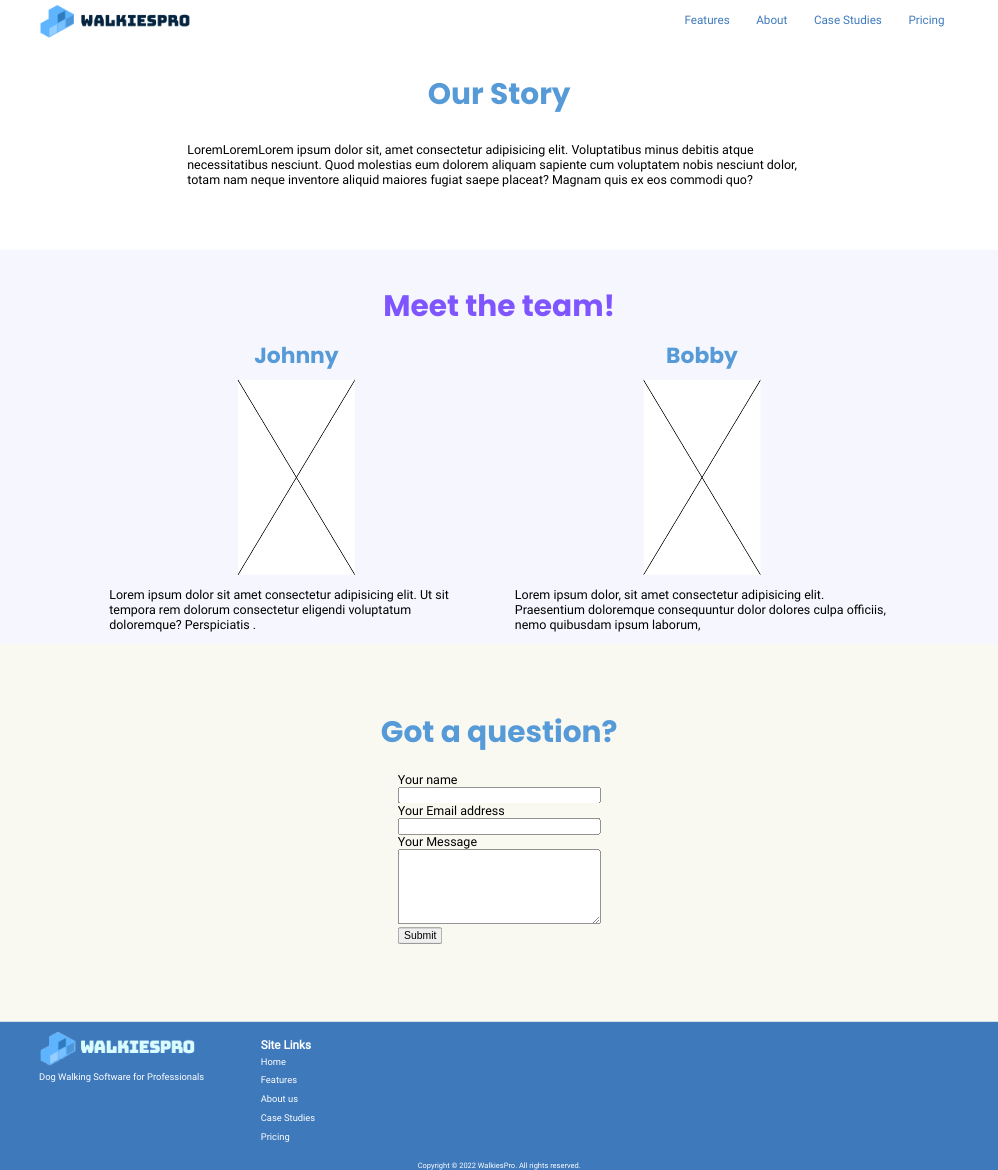
Repository: StevieC87/LAYOUT4
Page: about-us.html
These files come from the project's save history. The page is drawn as it stood at one moment and after the next save; the edit follows.
The browser window is 1280 px wide. The pictures show the whole page, at 78% of full size.

Above is the page before, as saved 2022-01-02 16:42:01.

### about-us.html
<!DOCTYPE html>
<html lang="en">
  <head>
    <meta charset="UTF-8" />
    <meta http-equiv="X-UA-Compatible" content="IE=edge" />
    <meta name="viewport" content="width=device-width, initial-scale=1.0" />
    <title>WalkiesPro Dog Walking Software</title>
    <link rel="stylesheet" href="css/styles.css" />
    <link rel="stylesheet" href="css/aboutus.css" />
    <link rel="stylesheet" href="css/footer.css" />
    <link rel="stylesheet" href="css/navbar.css" />
    <link rel="stylesheet" href="css/fonts.css" />
    <link rel="stylesheet" href="css/utilities.css" />
    <link rel="stylesheet" href="css/mediaqueries.css" />
    <!-- THIS js file - deferred so loads at the end -->
    <script type="text/javascript" src="js/scripts.js" defer></script>

    <style></style>
  </head>
  <body>


    <div class="containernew">
      <div class="navwrapper">
        <!------------------ NAVBAR --------------------->
        <nav id="navbar" class="paddingspecial">
          <!--  <div class="paddingspecial"> -->
          <div id="logo" class="logodiv">
            <a href="index.html"><img src="images/logo.png" alt="logo" /></a>
          </div>
          <div id="hamburger-menu" class="hamburger-menu">
            <div class="line line-1"></div>
            <div class="line line-2"></div>
            <div class="line line-3"></div>
          </div>
          <div class="navlist">
            <ul tabindex="-1">
              <li><a class="current" href="features.html">Features</a></li>
              <li><a href="about-us.html">About</a></li>
              <li><a href="case-studies.html">Case Studies</a></li>
              <li><a href="pricing.html">Pricing</a></li>
            </ul>
          </div>
          <!-- </div> -->
        </nav>
      </div>
      <!------------------ OUR STORY --------------------->
      <section class="ourstorywrapper">

          <div class="ourstoryh1">
            <h1 class="fronth1" style="display: block">Our Story</h1>
          </div>
          <div class="ourstoryp">
              LoremLoremLorem ipsum dolor sit, amet consectetur adipisicing elit. Voluptatibus minus debitis atque necessitatibus
              nesciunt. Quod molestias eum dolorem aliquam sapiente cum voluptatem nobis nesciunt dolor, totam nam neque
              inventore aliquid maiores fugiat saepe placeat? Magnam quis ex eos commodi quo?
          </div>

      </section>
      <!------------------ MEET THE TEAM --------------------->
      <section class="meettheteamwrapper">
          <div class="meettheteamh1">
              <h1> Meet the team! </h1>
          </div>
          <div class="meetteamprofiles">
            <div class="meettheteamprofile1">
              <h3 class="centertext">Johnny</h3>

                <img src="images/3.png" width="150px" alt="" height="250px"  class="centerimg">

              <p>Lorem ipsum dolor sit amet consectetur adipisicing elit. Ut sit tempora rem dolorum consectetur eligendi voluptatum doloremque? Perspiciatis .</p>
            </div>
            <div class="meettheteamprofile2">
              <h3 class="centertext">Bobby</h3>

                <img class="centerimg" src="images/3.png" width="150px" height="250px" alt="">

              <p>Lorem ipsum dolor, sit amet consectetur adipisicing elit. Praesentium doloremque consequuntur dolor dolores culpa officiis, nemo quibusdam ipsum laborum,</p>
            </div>
        </div>
      </section>
      <!------------------ CONTACT US SECTION --------------------->
     <section class="contactuswrapper">
       <div class="contactusinnerwrapper">
        <h1 class="centertext"> Got a question? </h1>
        <form action="">
          <div class="aboutusformgrid">
              <div class="yournamediv">
                <label for="yourname">Your name</label>
                <input type="text" name="yourname" id="yourname">
              </div>
              <div class="emaildiv">
                <label for="youremail">Your Email address</label>
                <input type="email" name="youremail" id="youremail"></div>
              <div class="textareadiv">
                <label for="yourmsg">Your Message</label>
                <textarea name="yourmsg" id="yourmsg" rows="6"></textarea>
              </div>
              <button >Submit</button>

          </div>
        </form>
       </div>
     </section>
      <!------------------ FOOTER --------------------->
      <footer id="footer">
        <div class="footerwrapper">
          <div class="footergriditem1">
            <img class="bottomlogo" src="images/logoblue.png" alt="logo" />
            <span class="whitetext bottomphrase"
              >Dog Walking Software for Professionals</span
            >
          </div>

          <div class="footergriditem2">
            <div><b class="whitetext footerlinkstitle">Site Links</b></div>
            <ul class="whitetext ulnostyle anostyle" style="font-size: 12px">
              <li><a href="../layout/index.html">Home</a> </li>
              <li><a href="features.html">Features</a> </li>
              <li><a href="about-us.html">About us</a> </li>
              <li><a href="case-studies.html">Case Studies</a></li>
              <li><a href="pricing.html">Pricing</a></li>
            </ul>
          </div>
          <div class="footergriditem3 whitetext smallfont">Copyright © 2022 WalkiesPro. All rights reserved.</div>
        </div>

      </footer>
    </div>
    <!-- end container -->

    <!------------------ SIDE MENU --------------------->
    <div id="menuhidden" class="menuhidden hiddenright">
      <div class="slidemenu">
        <ul tabindex="-1" aria-hidden="true">
          <li><a class="activeSidebarLi" href="index.html">Home</a></li>
          <li><a class="current" href="features.html">Features</a></li>
          <li><a href="about-us.html">About</a></li>
          <li><a href="case-studies.html">Case Studies</a></li>
          <li><a href="pricing.html">Pricing</a></li>
          <!--    <hr /> -->
        </ul>
      </div>
    </div>
  </body>
</html>

### css/styles.css
:root {
  /*  --myblue: #5da3df; */
  --myblue: #3e79bc;
  --myblueh1: #569ad7;
}

html,
body {
  box-sizing: border-box;
  font-size: 16px;
  font-family: Roboto;
  /*  line-height: 1rem; */
  margin: auto;
}
*,
*:before,
*:after {
  box-sizing: inherit;
}

h1,
h2,
h3,
h4,
h5,
h6 {
  font-family: PoppinsBold;
  color: var(--myblueh1);
  /* #5da3df */
  padding: 10px 0 10px 0;
  margin: 0px;
}
h1 {
  font-size: 38px;
  line-height: 2.8rem;
}
h2 {
  font-size: 32px;
}
h3 {
  font-size: 28px;
}
h4 {
  font-size: 26px;
}
h5 {
  font-size: 20px;
}
h6 {
  font-size: 18px;
}

.fronth1 {
  padding-top: 0px;
}

.containernew {
  width: 100%;
}

### css/aboutus.css
/* * * * * * * * * * * * * * * * * * * * * * * * * * * * * * * * * * * * * * * *
ABOUT US
* * * * * * * * * * * * * * * * * * * * * * * * * * * * * * * * * * * * * * * */
.ourstorywrapper {
  width: 100%;
  display: grid;
  padding: 40px 0 80px 0;
}

.ourstoryh1 {
  grid-template-columns: 1fr;
  align-self: center;
  justify-self: center;
  padding-bottom: 30px;
}

.ourstoryp {
  /* max-width: 80%;  */
  max-width: 800px;
  grid-template-columns: 1fr;
  align-self: center;
  justify-self: center;
  font-size: 1rem;
}
.meettheteamwrapper {
  width: 100%;
  display: grid;
  justify-content: center;
  background-color: #f6f7fe;
}
.meettheteamh1 {
  padding-top: 40px;
  text-align: Center;
  /*  color: purple; */
  /*   color: var(--myblue); */
  color: #7f55ff;
  width: 100%;
}
.meettheteamh1 > h1 {
  color: inherit;
}
.meetteamprofiles {
  max-width: 1000px;
  justify-content: center;
  display: grid;
  grid-template-columns: 1fr;
  grid-gap: 40px;
}
.contactuswrapper {
  padding: 80px 0 80px 0;
  background-color: #f9f9f2;
}
.contactusinnerwrapper {
}

.aboutusformgrid {
  max-width: 300px;
  margin: 0 auto;
  padding: 20px;
}
.textareadiv {
}
textarea {
  width: 100%;
  max-width: 300px;
}
input,
label {
  display: block;
  width: 100%;
  max-width: 300px;
}
@media (min-width: 336px) {
  .meetteamprofiles {
    grid-template-columns: 1fr 1fr;
  }
  .meettheteamprofile1 {
    justify-self: center;
    align-self: center;
  }
  .meettheteamprofile2 {
  }
}

### css/footer.css
/* * * * * * * * * * * * * * * * * * * * * * * * * * * * * * * * * * * * * * * *
                    FOOTER
* * * * * * * * * * * * * * * * * * * * * * * * * * * * * * * * * * * * * * * */

footer {
  background-color: var(--myblue);
  width: 100%;
  display: flex;
  justify-content: center;
  padding-top: 10px;
}
/* DEFAULT FOR SMALL SCREEN - MOBILE FIRST */
.footerwrapper {
  /* this is the inner div that serves as a grid with equal columns as container */
  width: 1200px;
  display: grid;
  grid-template-columns: 1fr;
  grid-gap: 0.2rem;
}
/* DEFAULT FOR SMALL SCREEN - MOBILE FIRST */
.footergriditem1 {
  grid-row: 1 / 2;
  /* grid-column: 1 / 2; */
  grid-column: 1 / -1;
}
/* DEFAULT FOR SMALL SCREEN - MOBILE FIRST */
.footergriditem2 {
  /* grid-column: 2 / 3; */
  grid-column: 1 / -1;
  grid-row: 3 / 4;
  padding-left: 10px;
  justify-self: start;
  padding-top: 10px;
  padding-bottom: 10px;

  /*  justify-self: self-end; */
  /* padding: 20px 0 0 40px; */
}
.footergriditem2:first-child {
  margin: 10px 0 10px 0;
}
.footergriditem3 {
  grid-row: 4 / 5;
  grid-column: 1 / -1;
  justify-self: center;
  align-self: center;
}
.bottomlogo {
  padding: 0px 0 0px 10px;
}
.bottomphrase {
  padding-left: 10px;
  display: block;
  text-align: left;
  font-size: 12px;
}
.footerlinkstitle {
  font-size: 15px;
}

@media (min-width: 336px) {
}
@media (min-width: 450px) {
  .footerwrapper {
    grid-template-columns: 226px 200px 1fr 0.2fr 0.2fr 0.2fr;
  }
  .footergriditem1 {
    grid-row: 1 / 2;
    grid-column: 1 / 2;
  }
  .footergriditem2 {
    grid-row: 1 / 2;
    grid-column: 2 / 3;
    padding-left: 0px;
    justify-self: center;
    padding-top: 10px;
    padding-bottom: 10px;
  }
}

### css/navbar.css
/* * * * * * * * * * * * * * * * * * * * * * * * * * * * * * * * * * * * * * * *
                          NAVBAR
* * * * * * * * * * * * * * * * * * * * * * * * * * * * * * * * * * * * * * * */
.navwrapper {
  display: flex;
  justify-content: center;
}
nav {
  background-color: white;
  width: 1200px;
  display: flex;
  justify-content: space-between;
}

.logodiv {
  padding-top: 5px;
  padding-left: 10px;
}
#navbar ul {
  list-style: none;
  margin-right: 15px;
  /*   float: right; */
}

#navbar ul li {
  float: left;
}

#navbar ul li a {
  display: block;
  margin: 0 14px 0 20px;
  /* padding: 0 20px 0 10px; */
  text-align: center;
  text-decoration: none;
  color: var(--myblue);
  /*  color: black; */

  font-size: 15px;
  /*  border-bottom: 1px solid transparent; */

  line-height: 21px;
}
#navbar ul li a:hover {
  /*  text-decoration: underline; */
  /*  border-bottom: 1px solid var(--myblue); */
  color: #9370db;
}

/* * * * * * * * * * * * * * * * * * * * * * * * * * * * * * * * * * * * * * * *
HAMBURGER MENU
* * * * * * * * * * * * * * * * * * * * * * * * * * * * * * * * * * * * * * * */

.hamburger-menu {
  width: 30px;
  height: 30px;
  padding-top: 7px;
  position: absolute;
  top: 7px;
  right: 10px;
  display: flex;
  flex-direction: column;
  justify-content: space-between;
  cursor: pointer;
  z-index: 100;
}

.line {
  width: inherit;
  height: 3px;
  background-color: var(--myblue);
  border-radius: 2px;
  transition-property: transform;
  transition-duration: 500ms;

  /*   transform-origin: right;
  transition: transform 0.5s; */
}

.line.openline:nth-child(1) {
  transform: translate(0px, 10px) rotate(45deg);
  /*  transform-origin: top; */
}
.line.openline:nth-child(2) {
  opacity: 0;
}
.line.openline:nth-child(3) {
  transform: translate(0px, -10px) rotate(-45deg);

  /*   transform-origin: top; */
}

.menuhidden {
  height: 100vh;
  width: 200px;
  background-color: white;
  position: fixed;
  top: 0;
  right: -200px;
  transition: ease 0.2s;
}

.visibleright {
  right: 0px;
  /*   transition: ease 4s; */
}
/* --------- SLIDEMENU ---------- */
.slidemenu ul {
  list-style: none;
  padding-top: 45px;
  padding-left: 0px;
  width: 100%;
  /*   float: right; */
}
.slidemenu ul li {
}
.slidemenu ul li a {
  display: block;
  padding: 10px 5px 10px 5px;
  margin: 0px 5px 0px 5px;
  text-align: center;
  text-decoration: none;
  line-height: 1.5rem;
  color: var(--myblue);
}
.slidemenu ul li a:hover {
  background-color: #fbfbfa;
  border-radius: 15px;
  /* opacity: 0.5; */
}
.activeSidebarLi {
  background-color: #fbfbfa;
  border-radius: 15px;
}
/* END SLIDEMENU */

### css/fonts.css
/* * * * * * * * * * * * * * * * * * * * * * * * * * * * * * * * * * * * * * * *
        FONT FAMILIESS
* * * * * * * * * * * * * * * * * * * * * * * * * * * * * * * * * * * * * * * */
@font-face {
  font-family: 'Bungee';
  src: url('../fonts/Bungee-Regular.ttf');
  src: local('☺'), url('../fonts/Bungee-Regular.ttf') format('truetype');
  font-display: block;
}
@font-face {
  font-family: 'Roboto';
  src: url('../fonts/Roboto-Regular.ttf');
  src: local('☺'), url('../fonts/Roboto-Regular.ttf') format('truetype');
  font-display: block;
}
@font-face {
  font-family: 'Roboto-Bold';
  src: url('../fonts/Roboto-Bold.ttf');
  src: local('☺'), url('../fonts/Roboto-Bold.ttf') format('truetype');
  font-display: block;
}
@font-face {
  font-family: 'Ubuntu';
  src: url('../fonts/Ubuntu-Regular.ttf');
  src: local('☺'), url('../fonts/Ubuntu-Regular.ttf') format('truetype');
  font-display: block;
}
@font-face {
  font-family: 'UbuntuBold';
  src: url('../fonts/Ubuntu-Bold.ttf');
  src: local('☺'), url('../fonts/Ubuntu-Bold.ttf') format('truetype');
  font-display: block;
}
@font-face {
  font-family: 'Poppins';
  src: url('../fonts/Poppins-Regular.ttf');
  src: local('☺'), url('../fonts/Poppins-Regular.ttf') format('truetype');
  font-display: block;
}
@font-face {
  font-family: 'PoppinsBold';
  src: url('../fonts/Poppins-Bold.ttf');
  src: local('☺'), url('../fonts/Poppins-Bold.ttf') format('truetype');
  font-display: block;
}
.bungee {
  font-family: Bungee;
}
.ubuntu {
  font-family: Ubuntu;
}
.ubuntuBold {
  font-family: UbuntuBold;
}
.poppins {
  font-family: Poppins;
}

### css/utilities.css
.btn {
  padding: 15px 20px 15px 20px;
  border-radius: 10px;
  border: 1px solid var(--myblue);
  /*   background-color: var(--myblue); */
  background-color: WHITE;
  /* color: white; */
  color: var(--myblue);
  font-weight: bold;
  cursor: pointer;
  transition-property: background-color, color, border;
  transition-duration: 200ms;
  transition-timing-function: ease-in;
}
.af:hover {
  background-color: var(--myblue);
  color: white;
}
/* * * * * * * * * * * * * * * * * * * * * * * * * * * * * * * * * * * * * * * *
UTILITY CLASSES
* * * * * * * * * * * * * * * * * * * * * * * * * * * * * * * * * * * * * * * */

.centertext {
  text-align: center;
}
.centerimg {
  display: block;
  margin-left: auto;
  margin-right: auto;
  /*   width: 50%; */
}
.centerhorizvert {
  align-self: center;
  justify-self: center;
}
/* visible/invis from screen readers & visually */
.invisible {
  visibility: hidden;
}
.visible {
  visibility: visible;
}
.whitetext {
  color: white;
}
.smallfont {
  font-size: 0.6rem;
}
.ulnostyle {
  list-style: none;
  line-height: 1.5rem;
  padding: 0;
  margin: 0;
}
.anostyle > li a {
  text-decoration: none;
  color: white;
}

### css/mediaqueries.css
/* to switch to hamburger menu */
@media (min-width: 677px) {
  .hamburger-menu {
    visibility: hidden;
  }
  .section2divrow {
    grid-template-columns: 1fr 1fr;
  }
  .section1innerwrapper {
    grid-template-columns: 2fr 1fr;
  }
}
@media (max-width: 676px) {
  /* HIDE NAV LI WHEN SMALL SCREEN */
  nav {
    width: 1200px;
  }

  .navlist {
    visibility: hidden;
    display: none;
  }
  .hamburger-menu {
    visibility: visible;
  }

  /* ADVANCED SCHEDULING DIV - flip order: image last */
  .section2imgleft1 {
    grid-row: 2;
  }
  .section2textright1 {
    grid-row: 1;
  }
  /* FINANCIAL MANAGEMENT DIV - flip order: image last */
  .section2imgleft3 {
    grid-row: 2;
  }
  .section2textleft3 {
    grid-row: 1;
  }
}

### js/scripts.js
const hamburgerbutton = document.querySelector('#hamburger-menu');
hamburgerbutton.addEventListener('click', function () {
  //  vis();
  slide();
  transformlines();
});

function slide() {
  const slideme = document.querySelector('#menuhidden');
  const slidemeclasses = slideme.classList;
  //  slideme.classList.replace('hiddenright', 'visibleright');
  const slidemeclassestoggle = slidemeclasses.toggle('visibleright');
}

function transformlines() {
  //for each line add a class ideally
  document.querySelectorAll('.line').forEach((item) =>
    //item.style.backgroundColor = "pink"
    item.classList.toggle('openline')
  );
}

After the next save:
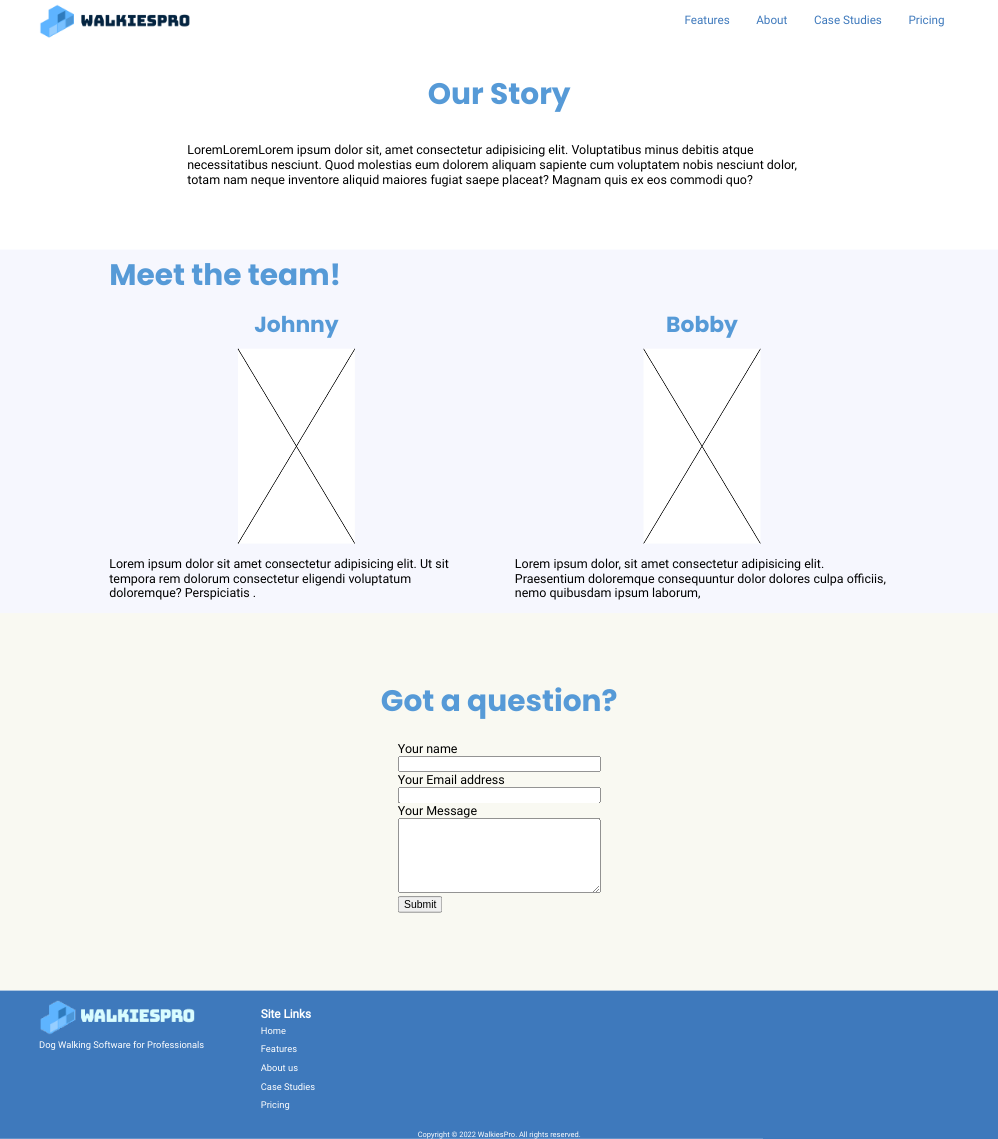
Saved 40 s later.
--- a/about-us.html
+++ b/about-us.html
@@ -59,9 +59,9 @@
       </section>
       <!------------------ MEET THE TEAM --------------------->
       <section class="meettheteamwrapper">
-          <div class="meettheteamh1">
+         <!--  <div class="meettheteamh1"> -->
               <h1> Meet the team! </h1>
-          </div>
+         <!--  </div> -->
           <div class="meetteamprofiles">
             <div class="meettheteamprofile1">
               <h3 class="centertext">Johnny</h3>

After the save that followed:
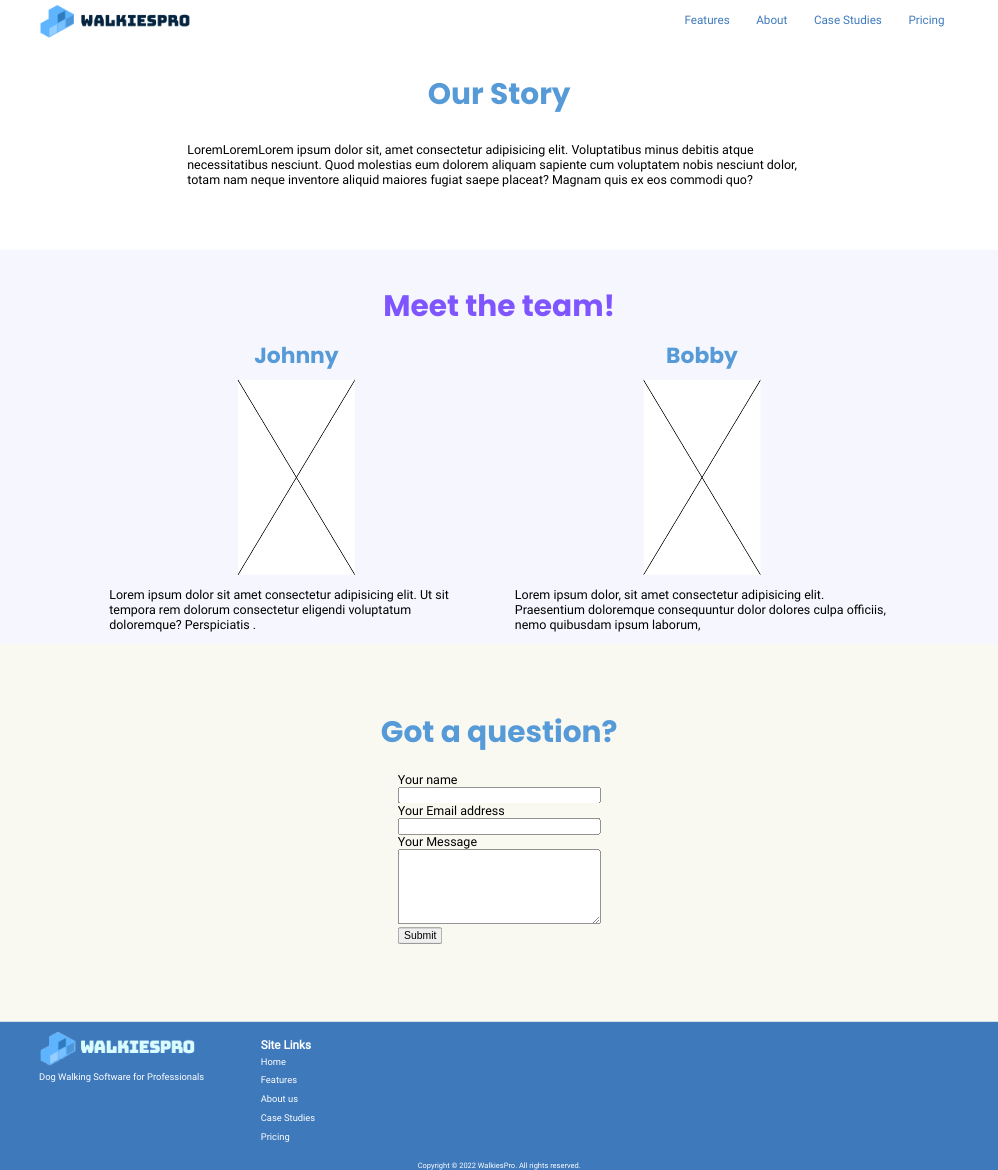
Saved 12 s later.
--- a/about-us.html
+++ b/about-us.html
@@ -59,9 +59,9 @@
       </section>
       <!------------------ MEET THE TEAM --------------------->
       <section class="meettheteamwrapper">
-         <!--  <div class="meettheteamh1"> -->
+          <div class="meettheteamh1">
               <h1> Meet the team! </h1>
-         <!--  </div> -->
+          </div>
           <div class="meetteamprofiles">
             <div class="meettheteamprofile1">
               <h3 class="centertext">Johnny</h3>
